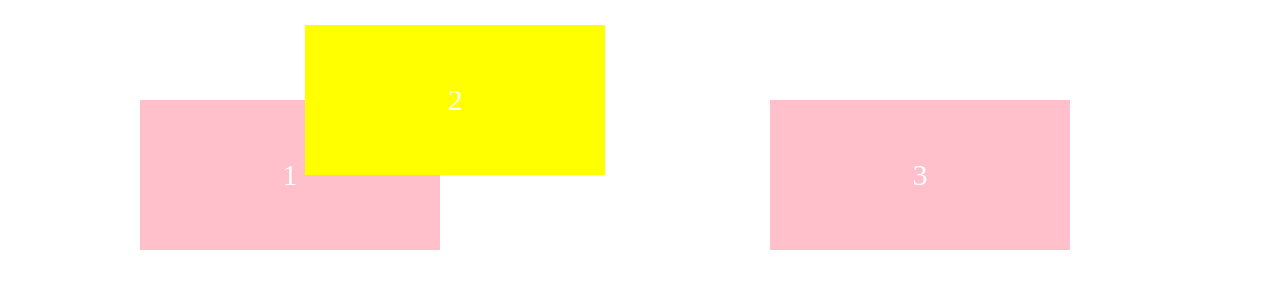
Repository: Germtao/Web
Page: web_css/css3_动画.html
These files come from the project's save history. The page is drawn as it stood at one moment and after the next save; the edit follows.
The browser window is 1280 px wide. The pictures show the whole page.
The pointer rests on the first visible `div:nth-child(2)`.

Above is the page before, as saved 2020-11-03 10:33:53.

After the next save:
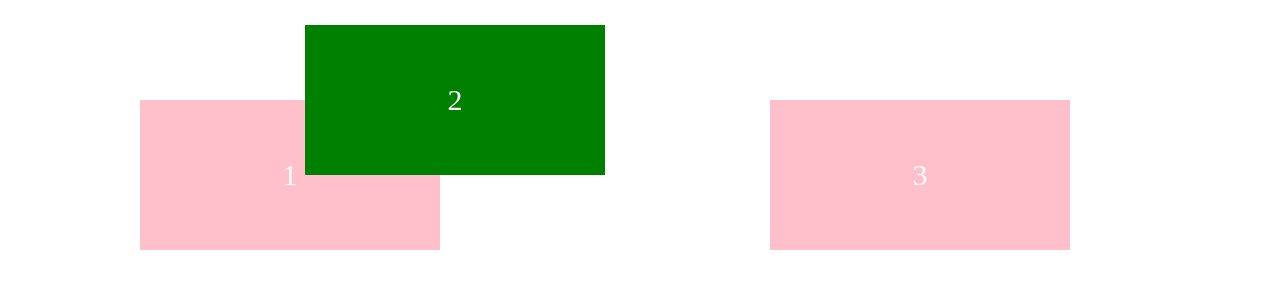
Saved 19 s later.
--- a/web_css/css3_动画.html
+++ b/web_css/css3_动画.html
@@ -116,7 +116,7 @@
     /* transform: scale(2, 0.5); */
     /* } */
     div:nth-child(2):hover {
-      background-color: yellow;
+      background-color: green;
       /* 位移 */
       transform: translate(-50%, -50%);
     }
